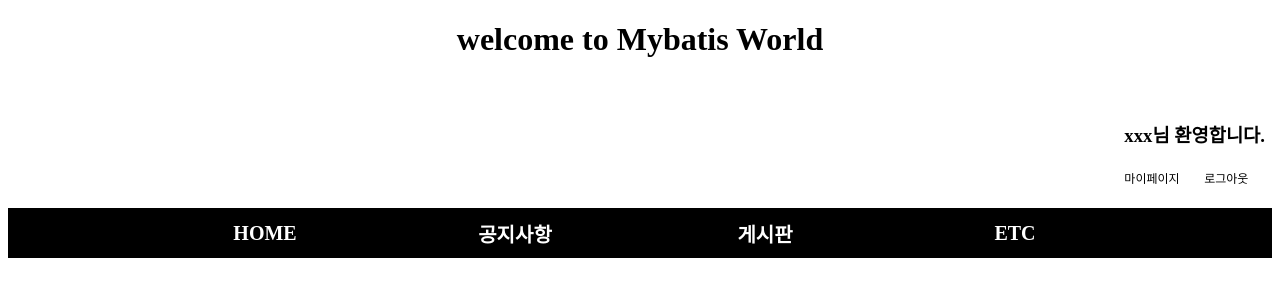
Repository: didwlwd/workspace
Page: http://localhost/mybatisProject/
An editor plug-in stored every save of this project. The page is shown before and after the next save, followed by the edit.
The browser window is 1280 px wide. The pictures show the whole page.
The page is served by Tomcat 10. Other server files are loaded and not shown.

Above is the page before, as saved 2025-03-06 03:49:29.

### 08_myBatis/mybatisProject/src/main/webapp/index.jsp
<%@ page language="java" contentType="text/html; charset=UTF-8"
    pageEncoding="EUC-KR"%>
<!DOCTYPE html>
<html>
<head>
<meta charset="UTF-8">
<title>Insert title here</title>
</head>
<body>
	<!--
		*프레임춰크
		- 개발자가 편리한 환경에서 개발할 수 있도록 제공하는 툴, 구조와 흐름이라고 생각
		- 소프트웨어 개발의 입자으로써는 공통적으로 사용되는 라이브러리/개발도구/인터페이스 등등을 의미
		- 개발자는 프레임워크가 정한대로 코드를 작성해야 함 -> 제어의 역전(Ioc)

		*프레임워크의 필요성
		- 전체적인 설계 패턴(구조)를 제공하서 생산성과 코드의 품질을 높여준다.
		- 개발자들이 "통일성"있게 "빠르고" "안정적"으로 개발하기 위햇 프레임워크를 사용
		- 생산성이 향상되고 열정수준의 코드품질을 기대할 수 있음.

		*프레임워크의 특징
		- 개발자들이 따라야하는 가이드라인 제공
			=> 자유롭게 설계 / 코딩 x, 가이드로 설계 / 코딩0
		- 개발할 수 있는 범위가 정해져있다.
		- 개발자들을 위한 다양한 도구들을 지원

		*프레임쿼크의 단점
		- 프레임워크에 너무 의존적으면 개발자들의 능력이 떨어짐
		- 익숙해지기까지 시간이 걸림(러닝커브발생)

		*프레임쿼크 종류
		- 영속성 : 데이터 관련한 CRUD 기능을 보다 편리하게 작업할 수 있도록 제공해주는 프레임워크 ex)MyBatis, Hibernate, JPA
		- 자바 : 웹 어플리케이션에 초점을 맞춰 필요한 요소들을 모듈화해서 제공해느는 프레임워크(xe\ex) String
		- 화면구현 : fornt-end를 보다 효율적으로 제작하고 유지보수할 수 있게 구조를 제공하는 프레임쿼크 ex) react, view, angular...
		- 기능 및 지원  :특정 기능이나 업무수행에 도움을 줄 수 있게 제공하는 프레임워크 ex)log4j, junit5..
	 -->

	 <jsp:include page="/views/common/menubar.jsp"></jsp:include>
</body>
</html>

### 08_myBatis/mybatisProject/src/main/webapp/views/common/menubar.jsp
<%@ page language="java" contentType="text/html; charset=UTF-8"
    pageEncoding="UTF-8"%>
<%@ taglib prefix="c" uri="http://java.sun.com/jsp/jstl/core" %>
<!DOCTYPE html>
<html>
<head>
<meta charset="UTF-8">
<title>Insert title here</title>
<style>
    .login-area a{
        text-decoration: none;
        color: black;
        font-size: 12px;
    }

    .nav-area{
        background: black;
        color: white;
        height: 50px;
    }
    .menu{
        display: table-cell;
        width: 250px;
        height: 50px;
        vertical-align: middle;
        font-size: 20px;
        font-weight: bold;
    }
    .outer{
    	width: 900px;
    	background: black;
    	color: white;
    	margin: auto;
    	margin-top: 50px;
    }
</style>
</head>
<body>

    <h1 align="center">welcome to Mybatis World</h1>
    <br>

    <div class="login-area" align="right">
        <!-- 로그인전 -->
        <c:choose>
        	<c:when test="">
        	<form action="login.me" method="post">
	        <table>
	            <tr>
	                <td>아이디</td>
	                <td><input type="text" name="userId" required></td>
	                <td rowspan="2"><button type="submit" style="height: 50px;">로그인</button></td>
	            </tr>
	            <tr>
	                <td>비밀번호</td>
	                <td><input type="password" name="userPwd" required></td>

	            </tr>
	            <tr>
	                <td colspan="3" align="center">
	                    <a href="">회원가입</a>
	                    <a href="">아이디/비번찾기</a>
	                </td>
	            </tr>
            </table>
        </form>
        	</c:when>
        	<c:otherwise>
        		<!-- 로그인후 -->
			        <div>
			            <table>
			                <tr>
			                    <td colspan="2">
			                        <h3>xxx님 환영합니다. </h3>
			                    </td>
			                    <td></td>
			                </tr>
			                <tr>
			                    <td><a href="">마이페이지</a></td>
			                    <td><a href="">로그아웃</a></td>
			                </tr>
			            </table>
			        </div>
        	</c:otherwise>
        </c:choose>




    </div>
    <br>

    <div class="nav-area" align="center">
        <div class="menu">HOME</div>
        <div class="menu">공지사항</div>
        <div class="menu">게시판</div>
        <div class="menu">ETC</div>
    </div>
</body>
</html>

After the next save:
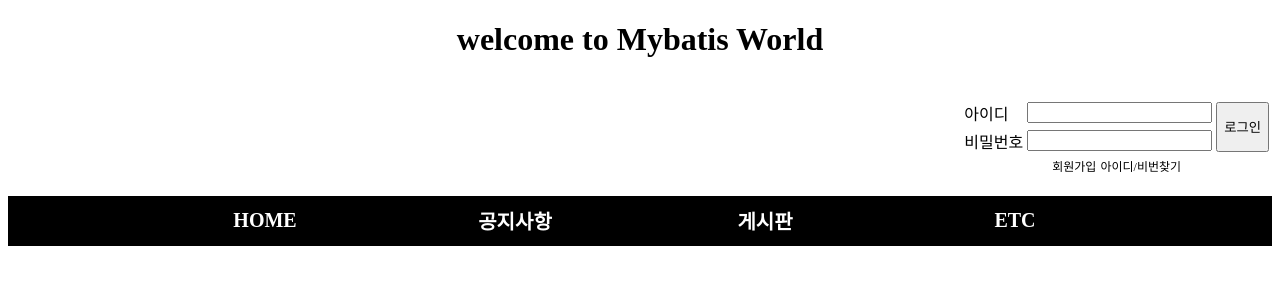
Saved 31 s later.
--- a/08_myBatis/mybatisProject/src/main/webapp/views/common/menubar.jsp
+++ b/08_myBatis/mybatisProject/src/main/webapp/views/common/menubar.jsp
@@ -43,27 +43,27 @@
     <div class="login-area" align="right">
         <!-- 로그인전 -->
         <c:choose>
-        	<c:when test="">
+        	<c:when test="${empty loginUser }">
         	<form action="login.me" method="post">
-	        <table>
-	            <tr>
-	                <td>아이디</td>
-	                <td><input type="text" name="userId" required></td>
-	                <td rowspan="2"><button type="submit" style="height: 50px;">로그인</button></td>
-	            </tr>
-	            <tr>
-	                <td>비밀번호</td>
-	                <td><input type="password" name="userPwd" required></td>
+		        <table>
+		            <tr>
+		                <td>아이디</td>
+		                <td><input type="text" name="userId" required></td>
+		                <td rowspan="2"><button type="submit" style="height: 50px;">로그인</button></td>
+		            </tr>
+		            <tr>
+		                <td>비밀번호</td>
+		                <td><input type="password" name="userPwd" required></td>
 
-	            </tr>
-	            <tr>
-	                <td colspan="3" align="center">
-	                    <a href="">회원가입</a>
-	                    <a href="">아이디/비번찾기</a>
-	                </td>
-	            </tr>
-            </table>
-        </form>
+		            </tr>
+		            <tr>
+		                <td colspan="3" align="center">
+		                    <a href="">회원가입</a>
+		                    <a href="">아이디/비번찾기</a>
+		                </td>
+		            </tr>
+	            </table>
+	        </form>
         	</c:when>
         	<c:otherwise>
         		<!-- 로그인후 -->
